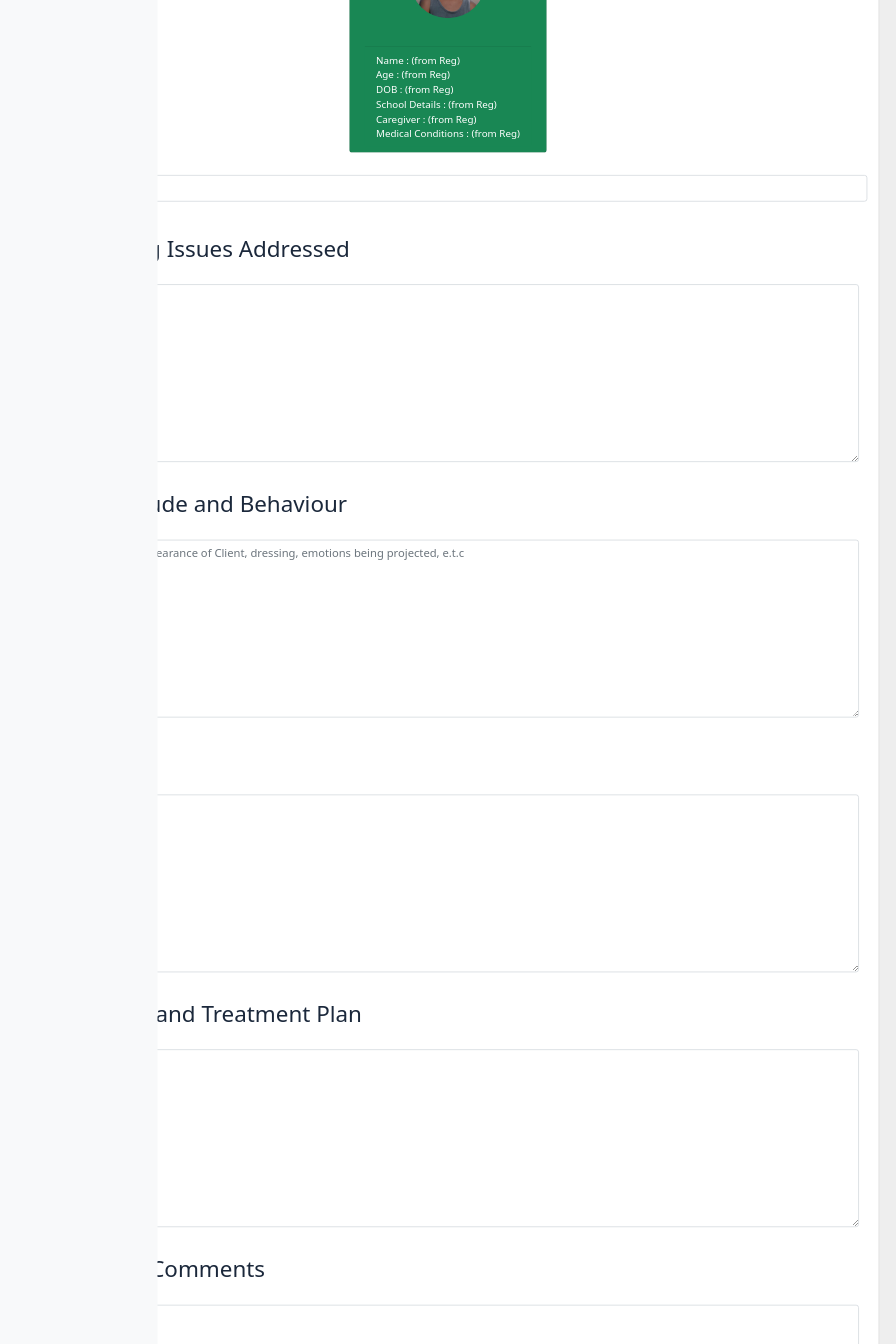
Repository: SRFtech/mis-designs
Page: counselling.html
An editor plug-in stored every save of this project. The page is shown before and after a run of saves, followed by the edit.
The browser window is 1280 px wide. The pictures show the part of the page from y = 580 to 2500 px (the page is 3045 px tall before and 3059 px after), at 70% of full size.

Above is the page before, as saved 2022-04-10 22:24:37.

### counselling.html
<!DOCTYPE html>
<html lang="en">
    <head>
        <meta charset="utf-8" />
        <meta http-equiv="X-UA-Compatible" content="IE=edge" />
        <meta name="viewport" content="width=device-width, initial-scale=1, shrink-to-fit=no" />
        <meta name="description" content="" />
        <meta name="author" content="" />
        <title>Family Assessment SRF-MIS</title>
        <link href="css/styles.css" rel="stylesheet" />
        <script src="https://cdnjs.cloudflare.com/ajax/libs/font-awesome/5.15.3/js/all.min.js" crossorigin="anonymous"></script>
    </head>
    <body>
        <nav class="sb-topnav navbar navbar-expand navbar-light bg-light">
            <!-- Navbar Brand-->
            <a class="navbar-brand ps-3" href="index.html">
                <img src="/assets/img/logo.png"/>
            </a>
            <!-- Sidebar Toggle-->
            <button class="btn btn-link btn-sm order-1 order-lg-0 me-4 me-lg-0" id="sidebarToggle" href="#!"><i class="fas fa-bars"></i></button>
            <!-- Navbar Search-->
            <form class="d-none d-md-inline-block form-inline ms-auto me-0 me-md-3 my-2 my-md-0">
                <div class="input-group">
                    <input class="form-control" type="text" placeholder="Search for..." aria-label="Search for..." aria-describedby="btnNavbarSearch" />
                    <button class="btn btn-success" id="btnNavbarSearch" type="button"><i class="fas fa-search"></i></button>
                </div>
            </form>
            <!-- Navbar-->
            <ul class="navbar-nav ml-auto nav-flex-icons">
                <li class="nav-item avatar dropdown">
                    <a class="nav-link dropdown-toggle waves-effect waves-light" id="navbarDropdownMenuLink-5" role="button" data-bs-toggle="dropdown" data-toggle="dropdown" aria-haspopup="true" aria-expanded="true">
                    <span class="badge badge-danger ml-2">4</span>
                    <i class="fas fa-bell"></i>
                    </a>
                    <div class="dropdown-menu dropdown-menu-end dropdown-secondary" aria-labelledby="navbarDropdownMenuLink-5">
                        <a class="dropdown-item waves-effect waves-light" href="#">Messages <span class="badge badge-danger ml-2">4</span></a>
                        <a class="dropdown-item waves-effect waves-light" href="#">Counselling sessions due<span class="badge badge-danger ml-2">1</span></a>
                        <a class="dropdown-item waves-effect waves-light" href="#">Home visits due <span class="badge badge-danger ml-2">4</span></a>
                    </div>
                </li>
            </ul>
            <ul class="navbar-nav ms-auto ms-md-0 me-3 me-lg-4">
                <li class="nav-item dropdown">
                    <a class="nav-link dropdown-toggle" id="navbarDropdown" href="#" role="button" data-bs-toggle="dropdown" aria-expanded="false"><i class="fas fa-user fa-fw"></i></a>
                    <ul class="dropdown-menu dropdown-menu-end" aria-labelledby="navbarDropdown">
                        <li><a class="dropdown-item" href="#!">Settings</a></li>
                        <li><a class="dropdown-item" href="#!">Activity Log</a></li>
                        <li><hr class="dropdown-divider" /></li>
                        <li><a class="dropdown-item" href="#!">Logout</a></li>
                    </ul>
                </li>
            </ul>
        </nav>
        <div id="layoutSidenav">
            <div id="layoutSidenav_nav">
                <nav class="sb-sidenav accordion sb-sidenav-light" id="sidenavAccordion">
                    <div class="sb-sidenav-menu">
                        <div class="nav">
                            <div class="sb-sidenav-menu-heading">Core</div>
                            <a class="nav-link" href="index.html">
                                <div class="sb-nav-link-icon"><i class="fas fa-tachometer-alt"></i></div>
                                Dashboard
                            </a>
                            <div class="sb-sidenav-menu-heading">Interface</div>
                            <a class="nav-link collapsed" href="#" data-bs-toggle="collapse" data-bs-target="#collapsePages" aria-expanded="false" aria-controls="collapsePages">
                                <div class="sb-nav-link-icon"><i class="fas fa-book-open"></i></div>
                                Pages
                                <div class="sb-sidenav-collapse-arrow"><i class="fas fa-angle-down"></i></div>
                            </a>
                            <div class="collapse" id="collapsePages" aria-labelledby="headingTwo" data-bs-parent="#sidenavAccordion">
                                <nav class="sb-sidenav-menu-nested nav accordion" id="sidenavAccordionPages">
                                    <a class="nav-link collapsed" href="#" data-bs-toggle="collapse" data-bs-target="#pagesCollapseAuth" aria-expanded="false" aria-controls="pagesCollapseAuth">
                                        Authentication
                                        <div class="sb-sidenav-collapse-arrow"><i class="fas fa-angle-down"></i></div>
                                    </a>
                                    <div class="collapse" id="pagesCollapseAuth" aria-labelledby="headingOne" data-bs-parent="#sidenavAccordionPages">
                                        <nav class="sb-sidenav-menu-nested nav">
                                            <a class="nav-link" href="login.html">Login</a>
                                            <a class="nav-link" href="register.html">Register</a>
                                            <a class="nav-link" href="password.html">Forgot Password</a>
                                        </nav>
                                    </div>
                                    <a class="nav-link collapsed" href="#" data-bs-toggle="collapse" data-bs-target="#pagesCollapseError" aria-expanded="false" aria-controls="pagesCollapseError">
                                        Forms
                                        <div class="sb-sidenav-collapse-arrow"><i class="fas fa-angle-down"></i></div>
                                    </a>
                                    <div class="collapse" id="pagesCollapseError" aria-labelledby="headingOne" data-bs-parent="#sidenavAccordionPages">
                                        <nav class="sb-sidenav-menu-nested nav">
                                            <a class="nav-link" href="registration.html">Registration</a>
                                            <!-- <a class="nav-link" href="player-profile.html">Player profile</a> -->

                                        </nav>
                                    </div>
                                    <a class="nav-link collapsed" href="#" data-bs-toggle="collapse" data-bs-target="#pagesCollapseError" aria-expanded="false" aria-controls="pagesCollapseError">
                                        Error
                                        <div class="sb-sidenav-collapse-arrow"><i class="fas fa-angle-down"></i></div>
                                    </a>
                                    <div class="collapse" id="pagesCollapseError17" aria-labelledby="headingOne" data-bs-parent="#sidenavAccordionPages">
                                        <nav class="sb-sidenav-menu-nested nav">
                                            <a class="nav-link" href="401.html">401 Page</a>
                                            <a class="nav-link" href="404.html">404 Page</a>
                                            <a class="nav-link" href="500.html">500 Page</a>
                                        </nav>
                                    </div>
                                </nav>
                            </div>
                            <div class="sb-sidenav-menu-heading">Data View Options</div>
                            <a class="nav-link" href="charts.html">
                                <div class="sb-nav-link-icon"><i class="fas fa-chart-area"></i></div>
                                Charts
                            </a>
                            <a class="nav-link" href="tables.html">
                                <div class="sb-nav-link-icon"><i class="fas fa-table"></i></div>
                                Tables
                            </a>
                        </div>
                    </div>
                    <div class="sb-sidenav-footer">
                        <div class="small">Logged in as:</div>
                        Admin
                    </div>
                </nav>
            </div>
            <div id="layoutSidenav_content">
                <main>
                    <div class="container-fluid px-4">
                        <h1 class="mt-4">Family Assessment</h1>
                        <ol class="breadcrumb mb-4">
                            <li class="breadcrumb-item"><a href="index.html">Dashboard</a></li>
                            <li class="breadcrumb-item active">Family Assessment Form</li>
                        </ol>
                        <div class="card mb-4">
                            <div class="card-body">
                                <p class="mb-0">
                                    <ul class="nav nav-pills mb-3" id="pills-tab" role="tablist">
                                        <li class="nav-item">
                                            <a class="nav-link" id="pills-bio-data-tab" data-toggle="pill" href="registration.html" role="tab" aria-controls="pills-bio-data" aria-selected="false">Bio Data</a>
                                        </li>
                                        <li class="nav-item">
                                            <a class="nav-link" id="pills-visits-tab" data-toggle="pill" href="home-visits.html" role="tab" aria-controls="pills-home-visits" aria-selected="false">Home Visits</a>
                                        </li>
                                        <li class="nav-item">
                                            <a class="nav-link" id="pills-rugby-tab" data-toggle="pill" href="rugby.html" role="tab" aria-controls="pills-rugby" aria-selected="false">Rugby</a>
                                        </li>
                                        <li class="nav-item">
                                            <a class="nav-link" id="pills-education-tab" data-toggle="pill" href="education.html" role="tab" aria-controls="pills-education" aria-selected="false">Education</a>
                                        </li>
                                        <li class="nav-item">
                                            <a class="nav-link" id="life-skills.html-tab" data-toggle="pill" href="life-skills.html" role="tab" aria-controls="life-skills.html" aria-selected="false">Life Skills</a>
                                        </li>
                                        <li class="nav-item">
                                            <a class="nav-link active" id="pills-counselling-tab" data-toggle="pill" href="counselling.html" role="tab" aria-controls="pills-counselling" aria-selected="true">Counselling</a>
                                        </li>
                                        <li class="nav-item">
                                            <a class="nav-link" id="class8-visits-tab" data-toggle="pill" href="class8-visits.html" role="tab" aria-controls="class8-visits" aria-selected="false">Class 8 Visits</a>
                                        </li>
                                    </ul>
                                    <div class="tab-content" id="pills-tabContent">
                                        <div class="tab-pane fade show active" id="pills-bio-data" role="tabpanel" aria-labelledby="pills-bio-data-tab">
                                            <div class="form mt-5">
                                                <form>
                                                    <div class="form-group row pb-3">
                                                        <label for="date" class="col-sm-3 col-form-label">Date</label>
                                                        <div class="col-sm-4">
                                                            <input type="date" class="form-control" id="date" placeholder="">
                                                        </div>
                                                    </div>
                                                    <div class="form-group row pb-3">
                                                        <label for="date" class="col-sm-3 col-form-label">Time</label>
                                                        <div class="col-sm-4">
                                                            <input type="time" class="form-control" id="time" placeholder="">
                                                        </div>
                                                    </div>
                                                    <div class="row pb-2 pt-2 justify-content-center align-items-center">
                                                            <div class="col-xl-3 col-sm-6">
                                                                <div class="card bg-success text-white mb-2">
                                                                    <div class=" image d-flex flex-column justify-content-center align-items-center">
                                                                        <div class="card-body bg-success">Beneficiary K_234</div>
                                                                        <div class="card-body col-md-6 mb-4">
                                                                            <img class="rounded-circle"  alt="girl photo" src="/assets/img/girl-profile.png"/>
                                                                        </div>
                                                                        <div class="card-footer bg-success mb-2">
                                                                            <div class="small text-white" href="#">
                                                                                    Name : (from Reg) <br>
                                                                                    Age : (from Reg) <br>
                                                                                    DOB : (from Reg) <br>
                                                                                    School Details : (from Reg) <br>
                                                                                    Caregiver : (from Reg) <br>
                                                                                    Medical Conditions : (from Reg) <br>
                                                                            </div>
                                                                        </div>
                                                                    </div>
                                                                </div>
                                                            </div>
                                                            <div class="form-group row pb-3">
                                                                <label for="formControlSelect2">Client</label>
                                                                <select class="form-control" id="formControlSelect2">
                                                                    <option>Father</option>
                                                                    <option>Mother</option>
                                                                    <option>Guardian</option>
                                                                </select>
                                                            </div>
                                                            <div class="row pb-2 pt-2">
                                                                <h2 class="mt-4">Counselling Issues Addressed</h2>
                                                                <div class="form-group">
                                                                    <label for="formControlTextarea1">Notes</label>
                                                                    <textarea class="form-control" id="formControlTextarea1" rows="10"></textarea>
                                                                </div>
                                                            </div>
                                                            <div class="row pb-2 pt-2">
                                                                <h2 class="mt-4">Client Attitude and Behaviour</h2>
                                                                <div class="form-group">
                                                                    <label for="formControlTextarea2">Notes</label>
                                                                    <textarea class="form-control" id="formControlTextarea2" rows="10" placeholder="Observe general appearance of Client, dressing, emotions being projected, e.t.c"></textarea>
                                                                </div>
                                                            </div>
                                                            <div class="row pb-2 pt-2">
                                                                <h2 class="mt-4">Challenges</h2>
                                                                <div class="form-group">
                                                                    <label for="formControlTextarea3">Notes</label>
                                                                    <textarea class="form-control" id="formControlTextarea3" rows="10"></textarea>
                                                                </div>
                                                            </div>
                                                            <div class="row pb-2 pt-2">
                                                                <h2 class="mt-4">Next Steps and Treatment Plan</h2>
                                                                <div class="form-group">
                                                                    <label for="formControlTextarea4">Notes</label>
                                                                    <textarea class="form-control" id="formControlTextarea4" rows="10"></textarea>
                                                                </div>
                                                            </div>
                                                            <div class="row pb-2 pt-2">
                                                                <h2 class="mt-4">Additional Comments</h2>
                                                                <div class="form-group">
                                                                    <label for="formControlTextarea5">Notes</label>
                                                                    <textarea class="form-control" id="formControlTextarea5" rows="10"></textarea>
                                                                </div>
                                                            </div>
                                                </form>
                                            </div>
                                        </div>
                                    </div>
                                </p>
                            </div>
                            <div class="card mb-4">
                                <div class="card-body">
                                    <div class="form-group row pb-3">
                                                            <label for="date" class="col-sm-3 col-form-label">Next Date</label>
                                                            <div class="col-sm-4">
                                                                <input type="date" class="form-control" id="date" placeholder="">
                                                            </div>
                                                        </div>
                                                        <div class="form-group row pb-3">
                                                            <label for="date" class="col-sm-3 col-form-label">Next Time</label>
                                                            <div class="col-sm-4">
                                                                <input type="time" class="form-control" id="time" placeholder="">
                                                            </div>
                                                        </div>
                                    <div class="form-group row pt-2">
                                        <div class="col-sm-10">
                                            <button type="submit" class="btn btn-success">Schedule Session</button>
                                        </div>
                                    </div>
                                </div>
                            </div>
                        </div>
                    </div>
                </main>
                <footer class="py-4 bg-light mt-auto">
                    <div class="container-fluid px-4">
                        <div class="d-flex align-items-center justify-content-between small">
                            <div class="text-muted">Copyright &copy; SRF 2022</div>
                            <div>
                                <a href="#">Privacy Policy</a>
                                &middot;
                                <a href="#">Terms &amp; Conditions</a>
                            </div>
                        </div>
                    </div>
                </footer>
            </div>
        </div>
        <script src="https://cdn.jsdelivr.net/npm/bootstrap@5.1.3/dist/js/bootstrap.bundle.min.js" crossorigin="anonymous"></script>
        <script src="js/scripts.js"></script>
    </body>
</html>

Loaded but not shown: css/styles.css (library); js/scripts.js (26 lines, source omitted)

After the next 2 saves:
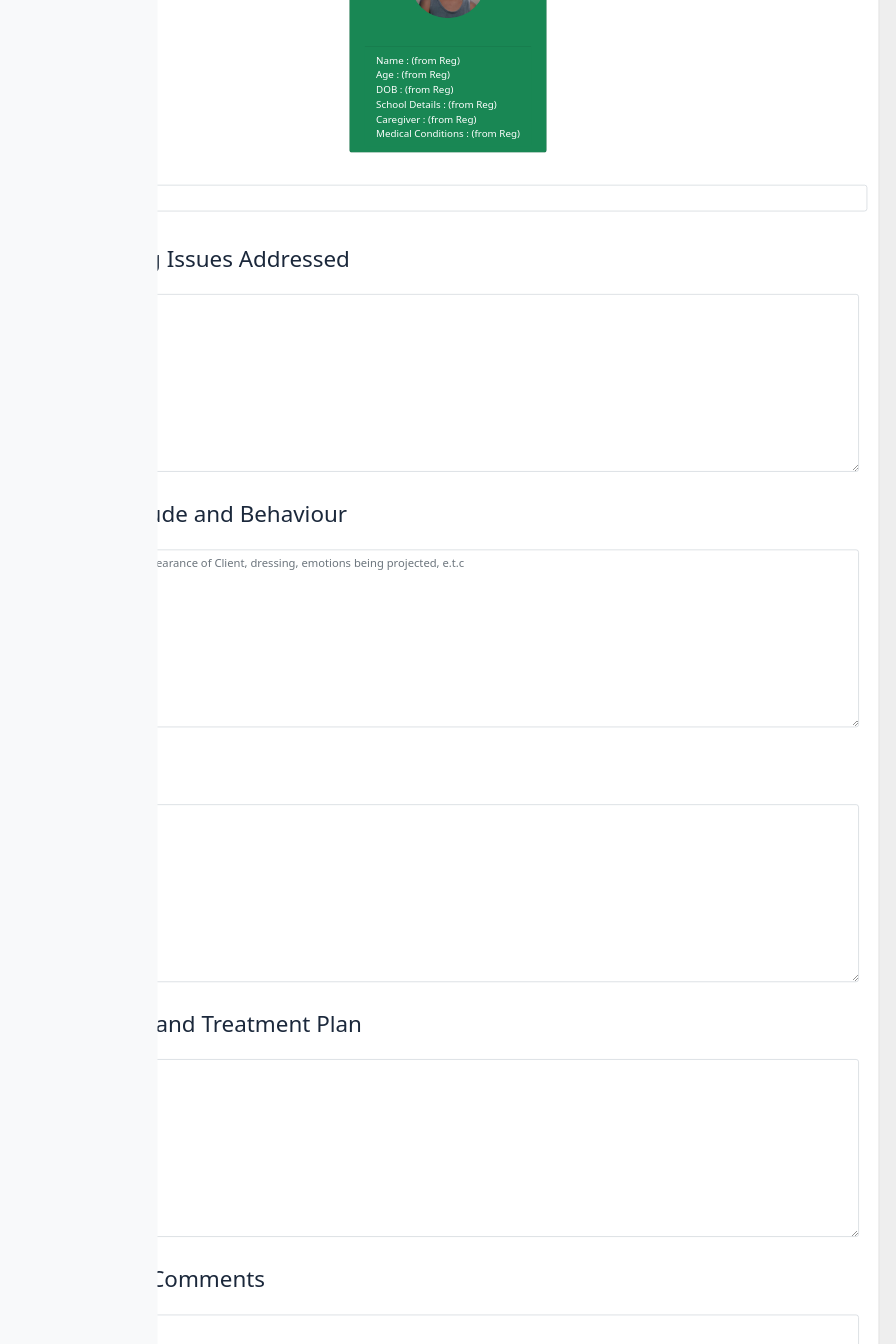
The 2 saves are shown as one change because they came seconds apart.
The last was saved 43 s later.
--- a/counselling.html
+++ b/counselling.html
@@ -193,7 +193,7 @@
                                                                 </div>
                                                             </div>
                                                             <div class="form-group row pb-3">
-                                                                <label for="formControlSelect2">Client</label>
+                                                                <label for="formControlSelect2" class="col-sm-3 col-form-label">Client</label>
                                                                 <select class="form-control" id="formControlSelect2">
                                                                     <option>Father</option>
                                                                     <option>Mother</option>
